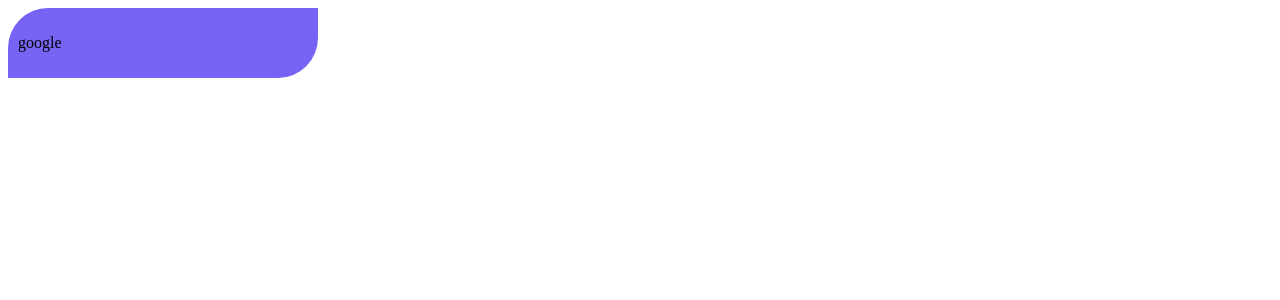
Repository: Aakarshit-Sharma19/Basic-HTML-and-CSS-Page-
Page: index.html
The author's editor kept a copy of each file at every save. The page is drawn from the files as they stood at one save, then again after the next save.
The browser window is 1280 px wide. The pictures show the whole page.

Above is the page before, as saved 2020-11-07 11:53:51.

### index.html
<!DOCTYPE html>
<html lang="en">
<head>
    <meta charset="UTF-8">
    <meta name="viewport" content="width=device-width, initial-scale=1.0">
    <title>Document</title>
    <style>
        .shape{
            align-content: center;
            width: 200px;
            height: 50px;
            background: #7864F4;
            border-radius: 40px 0 40px 0;
        padding: 10px 100px 10px 10px;
        }
    </style>
</head>
<header>
</header>
<body>
    <div class="shape">
        <p class='shape_text'>google</p>
    </div>
</body>
</html>

After the next save:
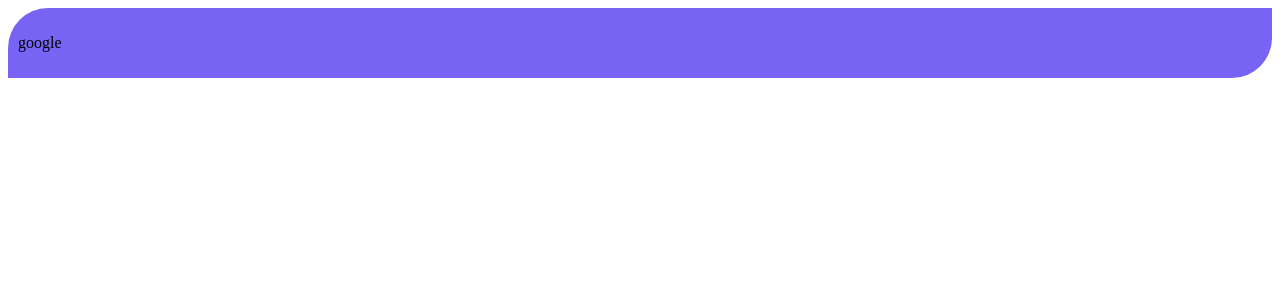
Saved 11 s later.
--- a/index.html
+++ b/index.html
@@ -7,8 +7,8 @@
     <style>
         .shape{
             align-content: center;
-            width: 200px;
-            height: 50px;
+            /* width: 200px;
+            height: 50px; */
             background: #7864F4;
             border-radius: 40px 0 40px 0;
         padding: 10px 100px 10px 10px;
